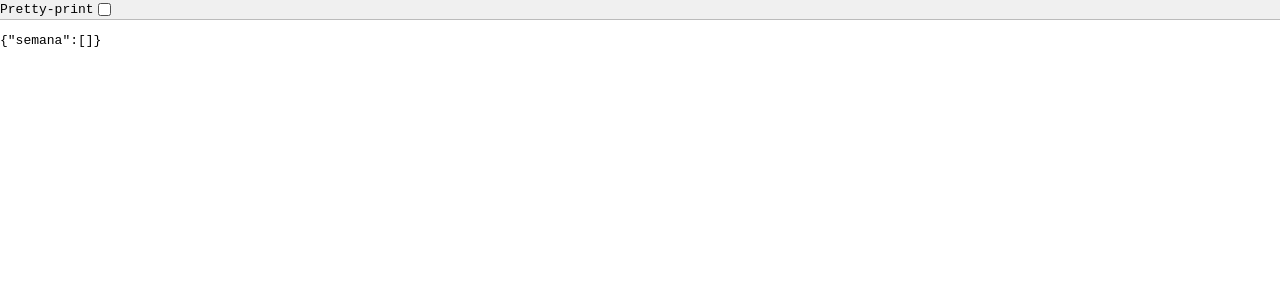
Repository: maguria/Reservas
Page: http://localhost/tarea/ajaxGetSemana.php
The author's editor kept a record of every edit. The page is drawn from the files as they stood at one moment, then again after the next edit.
The browser window is 1280 px wide. The pictures show the whole page.
The page is run by PHP 8.4 with error messages shown; the project is at /var/www/html/. Queries for data that is not in the repository find no rows.

Above is the page before.

After the next edit:
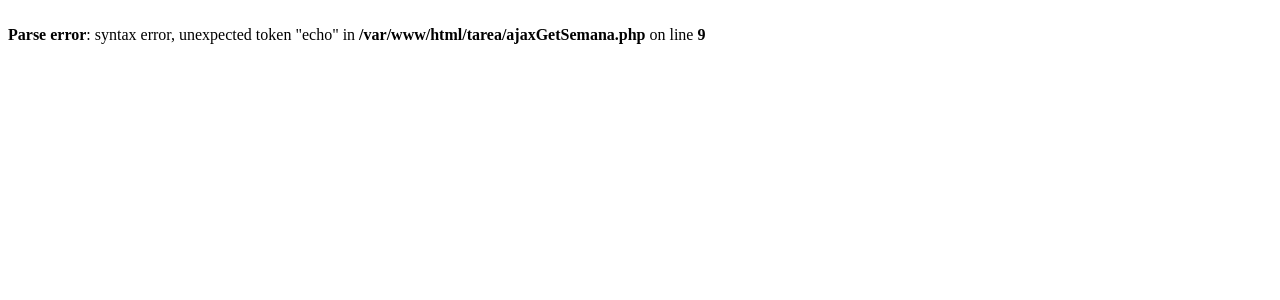
The edit:
--- a/tarea/ajaxGetSemana.php
+++ b/tarea/ajaxGetSemana.php
@@ -3,9 +3,9 @@
 header('Content-Type: application/json');
 $bd = new DataBase();
 $gestorTarea = new ManageTarea($bd);
+$gestor=new ManageUsuario($bd);
 $t=$gestorTarea->getListJson();
+$u=
     echo '{"semana":' . $t . '}';
 
-
-
 $bd->close();

After the edit that followed:
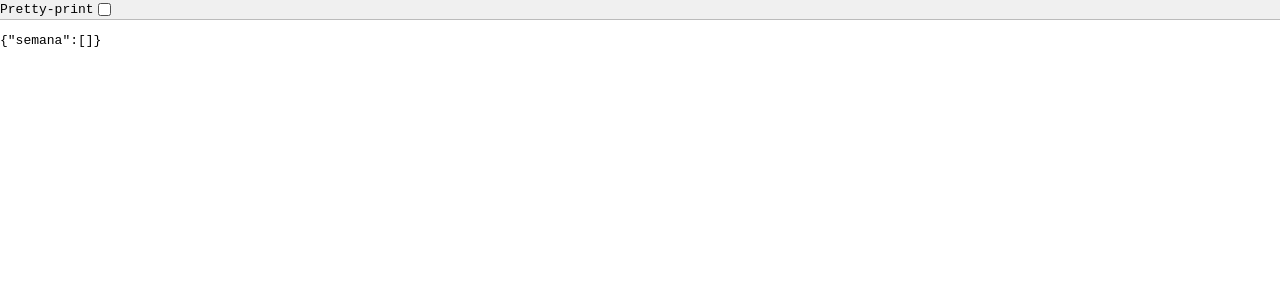
The edit:
--- a/tarea/ajaxGetSemana.php
+++ b/tarea/ajaxGetSemana.php
@@ -3,9 +3,7 @@
 header('Content-Type: application/json');
 $bd = new DataBase();
 $gestorTarea = new ManageTarea($bd);
-$gestor=new ManageUsuario($bd);
 $t=$gestorTarea->getListJson();
-$u=
     echo '{"semana":' . $t . '}';
 
 $bd->close();
